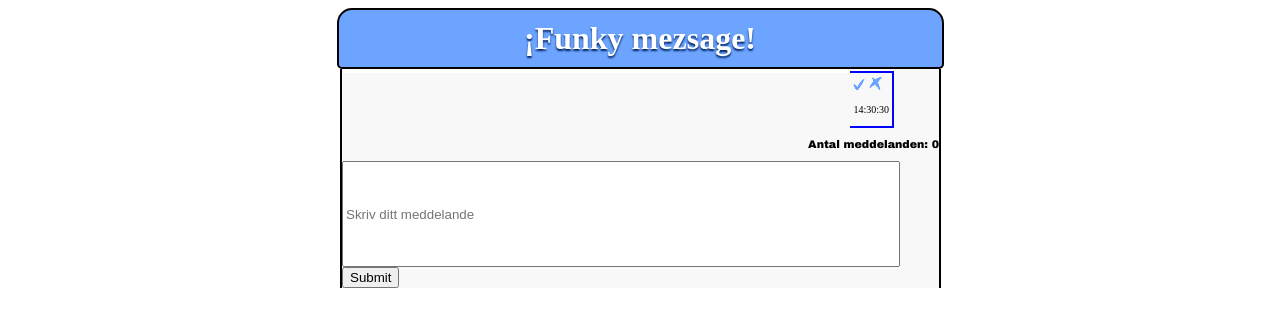
Repository: sk222sw/1dv403-laborationer
Page: 2-labbymezzage/index.html
The author's editor kept a record of every edit. The page is drawn from the files as they stood at one moment, then again after the next edit.
The browser window is 1280 px wide. The pictures show the whole page.

Above is the page before.

### 2-labbymezzage/index.html
<!DOCTYPE html>
<html lang="sv">
<head>
    <meta charset="utf-8" />
    <title>Labby Message</title>

    <link rel="stylesheet" href="css/css.css" />

    <!--<link href='http://fonts.googleapis.com/css?family=Rock+Salt' rel='stylesheet' type='text/css'>-->

</head>
    <body>
        <div id="container">
            <header>
                <h1>¡Funky mezsage!</h1>
            </header>

            <main>
                <section id="mainsection">
                    <section id="msgSection">

                        <div id="buttons">
                            <div id="timeButton"></div>
                            <div id="deleteButton"></div>
                            <p class="time">14:30:30</p>
                        </div>


                    </section>

                    <section id="newTextSection">
                        <p id="messageCounter">Antal meddelanden: 0</p>
                        <form>
                            <input type="text" id="textarea" name="textarea" placeholder="Skriv ditt meddelande">
                            <input type="submit" value="Submit" id="submit" />
                        </form>
                    </section>
                </section>
            </main>


            <script type="text/javascript" src="script/MessageBoard.js"></script>
            <script type="text/javascript" src="script/message.js"></script>
        </div>
    </body>
</html>

### 2-labbymezzage/css/css.css
/*
container
    main
        header
            h1
        section
            p
            textarea
*/

container: {
    width: 600px;
}

main {
    width: 600px;

    margin: 0 auto;


}

#mainsection {
    width: 597px;

    background: #f8f8f8;


    border-right: solid black 2px;
    border-left: solid black 2px;
}

header {
    margin: 0 auto;
    margin-bottom: 0px;
    background: #6CA4FF;

    width: 603px;

    border: solid black 2px;
    border-bottom: solid black 2px;

    border-top-left-radius: 15px;
    border-top-right-radius: 15px;
    border-bottom-left-radius: 5px;
    border-bottom-right-radius: 5px;

    padding-top: 10px;
    padding-bottom: 10px;
}

h1 {
    position: relative;
    margin: 0 auto;

    text-align: center;
    color: white;
    text-shadow: 0px 2px 2px #00235E;
    /*font-family: "Arial", "Rock Salt";*/

}

.area {
    position: relative;
}

#msgSection {
    position: relative;

    width: 550px;
    border: solid white 2px;

    margin-bottom: 65px;
    padding: -2px;
}

.time {
    text-align: right;
    font-size: 10px;
}


#timeButton {
	background: url('../pics/checksprite.png') no-repeat -2px -2px;
	width: 12px;
	height: 11px;
	display: inline-block;
}

#deleteButton {
	background: url('../pics/checksprite.png') no-repeat -17px -2px;
	width: 13px;
	height: 13px;
	display: inline-block;
}

.messageDiv {
    border: solid #0004FF 2px;

    width: 350px;
    height: 50px;

    float: left;
    background-color: #6ca4ff;
    color: white;
    font-family: 'Arial Black', sans-serif;
    font-size: 15px;

}

#messageDiv2 {
    border-bottom: solid #0004FF 2px;
    border-top: solid #0004FF 2px;
    border-left: solid #0004FF 2px;
    width: 50;
    float: left;

    background-color: #6ca4ff;
    color: white;
    font-family: 'Arial Black', sans-serif;
    font-size: 15px;

    height: 20;

}


#buttons {
    padding: 3px;
    padding-bottom: 1px;
    border-right: solid #0004FF 2px;
    border-top: solid #0004FF 2px;
    border-bottom: solid #0004FF 2px;
    float: right;
}

#newTextSection {
    display: block;

    font-family: 'Arial Black';
    font-size: 11px;
}

#messageCounter {
    text-align: right;
}

.msgText {
    padding-left: 5px;
}

#textarea {
    width: 550px;
    height: 100px;
}

.hejsa {
    width: 100px;
    height: 100px;
    border: solid red 2px;
}

### 2-labbymezzage/script/MessageBoard.js
"use strict";

    var MessageBoard = {
        messages: [],
        submit: document.getElementById("submit"),
        textarea: document.getElementById("textarea"),
        messageDiv: document.getElementById("msgSection"),

        init:function(e){
            document.getElementById("submit").onclick = MessageBoard.createMessage;

        },

        createMessage: function (e){
            MessageBoard.messages.push(new Message(MessageBoard.textarea.value, new Date()));
            MessageBoard.writeMessages(MessageBoard.messages);
            // console.log(MessageBoard.messages.toString());
            return false; // för att förhindra att sidan defaultladdas om
        },

        writeThisMessage: function(thisMess){
            var div = document.createElement("div");
            var deleteButton = document.createElement("input");
            var messageDiv = document.getElementById("msgSection");
            var mess = document.getElementById("mainsection");
            var pTime = document.createElement("p");

            deleteButton.setAttribute("type", "submit");
            deleteButton.setAttribute("value", "delete");
            console.log(MessageBoard.messages[thisMess].toString());

            div.className = "messageDiv";

            var timeString = MessageBoard.messages[thisMess].getDate();

            div.innerHTML = MessageBoard.messages[thisMess].getText();
            pTime.innerHTML = MessageBoard.messages[thisMess].getDate();

            messageDiv.appendChild(div);
            div.appendChild(pTime);

            // div.className = "messageDiv2";
            // div.innerHTML = MessageBoard.messages[thisMess].toString();
            // MessageBoard.messageDiv.appendChild(div);
        },



        writeMessages: function (message) {
            MessageBoard.textarea.placeholder = "Skriv här";
            MessageBoard.textarea.value = "";   //Tar bort den inskrivna texten från textarea

            MessageBoard.messageDiv.innerHTML = "";  //Raderar alla meddelanden innan loopen skriver ut dem igen

            for (var i = 0; i < MessageBoard.messages.length; i++) {
                MessageBoard.writeThisMessage(i);
            }

        },

    };

        // var para = document.createElement("p");
        // var node = document.createTextNode("This is new.");
        // para.appendChild(node);
        // var element = document.getElementById("div1");
        // element.appendChild(para);


window.onload = MessageBoard.init;

### 2-labbymezzage/script/message.js
"use strict";

function Message (message, date) {

    this.getText = function() {
        return message;
    },

    this.setText = function(_text) {
        message = _text;
    };

    this.getDate = function() {
        return date;
    };

    this.setDate = function(_date) {
        date = _date;
    };

}

Message.prototype.toString = function() {
    return this.getText()+" ("+this.getDate()+")";
};

Message.prototype.getHTMLText = function() {
    return Message.getText;
};

Message.prototype.getDateText = function() {
    return Message.getDate;
};

After the next edit:
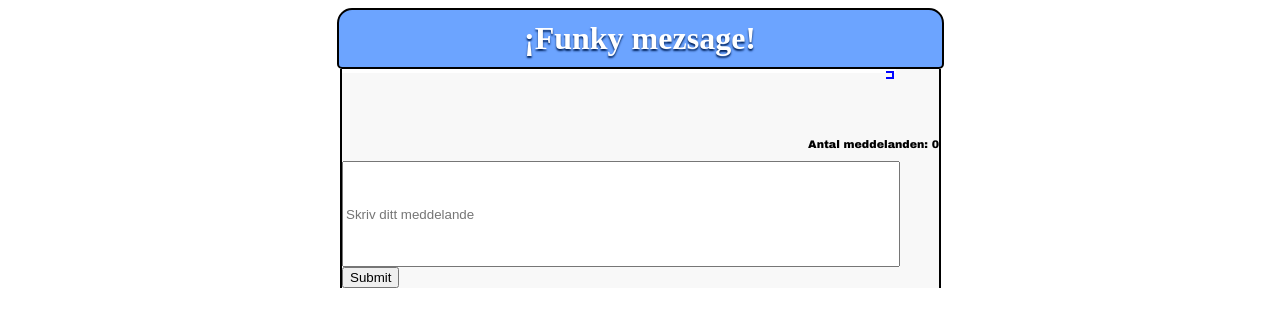
The edit:
--- a/2-labbymezzage/index.html
+++ b/2-labbymezzage/index.html
@@ -20,9 +20,9 @@
                     <section id="msgSection">
 
                         <div id="buttons">
-                            <div id="timeButton"></div>
-                            <div id="deleteButton"></div>
-                            <p class="time">14:30:30</p>
+                            <!--<div id="timeButton"></div>-->
+                            <!--<div id="deleteButton"></div>-->
+                            <!--<p class="time">14:30:30</p>                            -->
                         </div>
 
 
